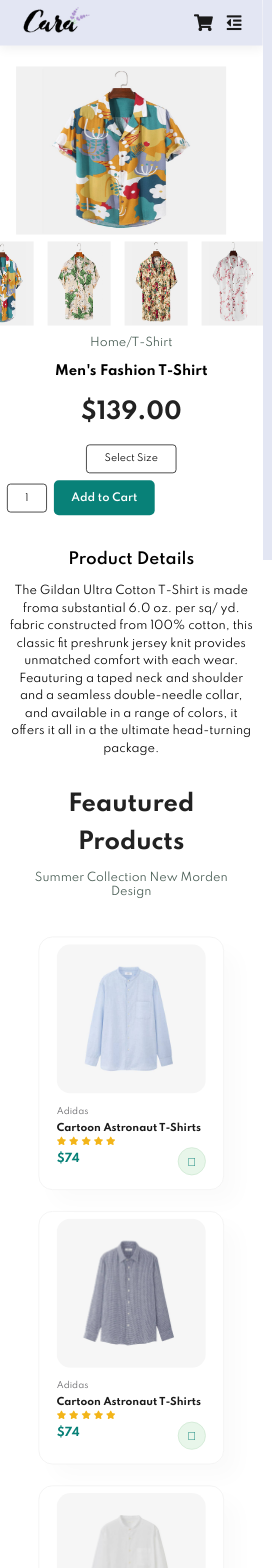
Repository: Daryllgio/E-Commerce-Website-UI
Page: ItemDetail.html
The author's editor kept a copy of each file at every save. The page is drawn from the files as they stood at one save, then again after the next save.
The browser window is 375 px wide. The page is 388 px wide, so the pictures cover 388 px, including what lies to the right of the window. The pictures show the part of the page from y = 0 to 2240 px (the page is 3997 px tall), at 70% of full size.
Some web libraries are served in a nearby version.

Above is the page before, as saved 2025-01-09 10:05:53.

After the next save:
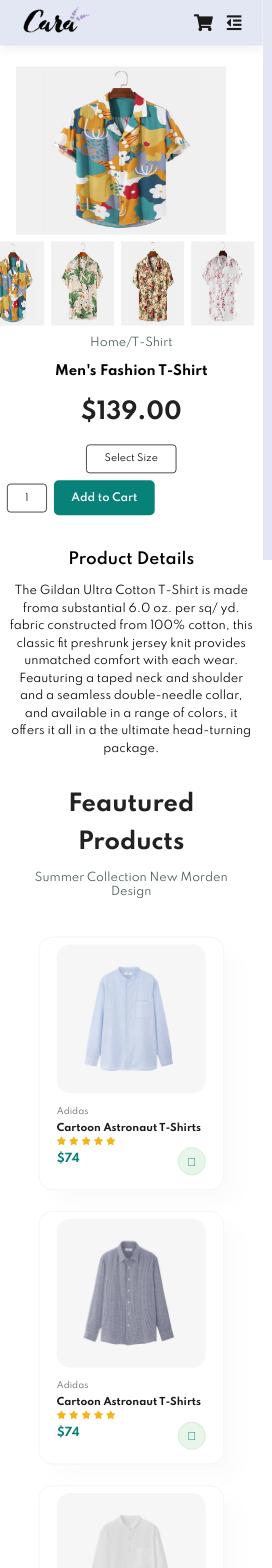
Saved 106 s later.
--- a/style.css
+++ b/style.css
@@ -1164,7 +1164,6 @@ body {
   #Product-Detail-Container .OptionSubContainer {
     display: flex;
     justify-content: center;
-    gap: 10px;
-  }
-
-}
+  }
+
+}
